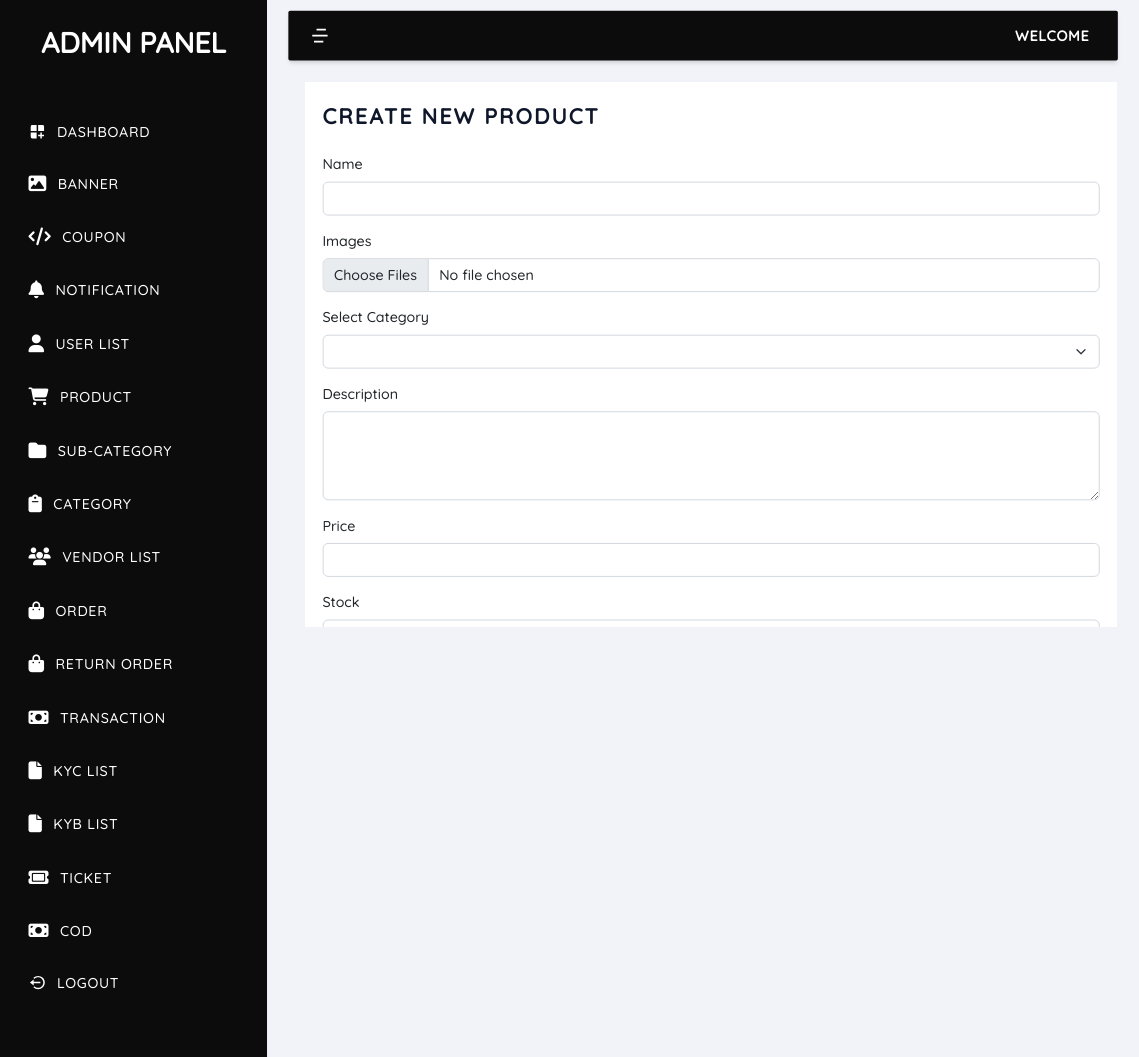
Repository: FlyweisReact/Sudarshan
Page: /create-product
The author's editor kept a copy of each file at every save. The page is drawn from the files as they stood at one save, then again after a run of saves.
The browser window is 1280 px wide. The pictures show the whole page, at 89% of full size.
The page's requests for data from a server got no answer. An inner scrolling area shows only its first screen. Some web libraries are served in a nearby version. The project was rebuilt for these pictures with package versions that can differ from the ones it lists, and the page was loaded fresh each time. No one was signed in, and anything a server would have sent is missing. Also part of the build but not shown: src/Admin/forms/AdminLogin.jsx, src/Admin/pages/Dashboard/AdminDashboard.js, src/Admin/pages/Banner/AdminBanner.js, src/Admin/pages/subcategory/AdminSubCategory.js, src/Admin/pages/category/AdminCategory.js, src/Admin/pages/Product/AdminProduct.js, src/Admin/pages/Product/AdminSingleProduct.js, src/Admin/pages/Order/AdminOrder.js and 12 more.

Above is the page before, as saved 2023-09-06 16:04:49.

### public/index.html
<!-- @format -->

<!DOCTYPE html>
<html lang="en">
  <head>
    <meta charset="utf-8" />
    <meta name="viewport" content="width=device-width, initial-scale=1" />
    <meta name="theme-color" content="#000000" />
    <meta
      name="description"
      content="Web site created using create-react-app"
    />
    <link rel="icon" href="%PUBLIC_URL%/favicon.png" />
    <link rel="manifest" href="%PUBLIC_URL%/manifest.json" />
    <link rel="preconnect" href="https://fonts.googleapis.com" />
    <link rel="preconnect" href="https://fonts.gstatic.com" crossorigin />
    <link
      href="https://fonts.googleapis.com/css2?family=Quicksand:wght@500&display=swap"
      rel="stylesheet"
    />
    <title>Sudarshan</title>
  </head>
  <body>
    <noscript>You need to enable JavaScript to run this app.</noscript>
    <div id="root"></div>
    <script src="https://code.jquery.com/jquery-3.6.0.min.js"></script>
    <script
      src="https://kit.fontawesome.com/b533b351e4.js"
      crossorigin="anonymous"
    ></script>
  </body>
</html>

### src/Admin/pages/Product/AdminCreateProduct.js
/** @format */

import React, { useEffect, useState } from "react";
import HOC from "../../layout/HOC";
import { Link } from "react-router-dom";
import { Form, Button, FloatingLabel, Spinner } from "react-bootstrap";
import { toast } from "react-toastify";
import axios from "axios";
import { Baseurl } from "../../../Baseurl";

const AdminCreateProduct = () => {
  const [loading, setLoading] = useState(false);
  const [name, setName] = useState("");
  const [description, setDescription] = useState("");
  const [features, setFeatures] = useState([]);
  const [color, setColor] = useState([]);
  const [price, setPrice] = useState(0);
  const [category, setCategory] = useState("");
  const [subCategory, setSubCategory] = useState("64a3d408a42339de96cebf19");
  const [stock, setStock] = useState("");
  const [image, setImage] = useState([]);
  const [featuresName, setFeaturesName] = useState("");
  const [colorName, setColorName] = useState("");
  const [categoryArr, setCategoryArr] = useState([]);
  const [subCatArr, setSubCatArr] = useState([]);

  const token = localStorage.getItem("token");
  const Auth = {
    headers: {
      Authorization: `Bearer ${token}`,
    },
  };

  const featureSelector = () => {
    setFeatures((prev) => [...prev, featuresName]);
    setFeaturesName("");
  };

  const clearFeatures = (index) => {
    setFeatures((prev) => prev.filter((_, i) => i !== index));
  };

  const colorSelector = () => {
    setColor((prev) => [...prev, colorName]);
    setColorName("");
  };

  const clearColor = (index) => {
    setColor((prev) => prev.filter((_, i) => i !== index));
  };

  const fd = new FormData();
  Array.from(image).forEach((img) => {
    fd.append("image", img);
  });
  fd.append("name", name);
  fd.append("description", description);
  Array.from(features).forEach((i) => {
    fd.append("features", i);
  });
  Array.from(color).forEach((i) => {
    fd.append("color", i);
  });
  fd.append("price", price);
  fd.append("category", category);
  fd.append("subCategory", subCategory);
  fd.append("stock", stock);

  const createProduct = async (e) => {
    setLoading(true);
    e.preventDefault();
    try {
      const res = await axios.post(
        `${Baseurl}api/v1/admin/product/new`,
        fd,
        Auth
      );
      toast.success(res.data.message);
      setLoading(false);
      setName("");
      setDescription("");
      setFeatures([]);
      setColor([]);
      setPrice("");
      setCategory("");
      setSubCategory("");
      setStock("");
      setImage([]);
      setFeaturesName("");
    } catch (e) {
      setLoading(false);
      const msg = e.response.data.message;
      toast.error(msg);
    }
  };

  const fetchCategory = async () => {
    try {
      const response = await axios.get(
        `${Baseurl}api/v1/catogory/getAllCategory`
      );
      const data = response.data.categories;
      setCategoryArr(data);
    } catch {}
  };

  const fetchSubcategory = async (id) => {
    try {
      const res = await axios.get(`${Baseurl}api/v1/catogory/${id}`);
      setSubCatArr(res.data.subcategories);
    } catch {}
  };

  useEffect(() => {
    fetchCategory();
  }, []);

  return (
    <section>
      <section className="sectionCont">
        <div className="pb-4   w-full flex justify-between items-center">
          <span
            className="tracking-widest text-slate-900 font-semibold uppercase"
            style={{ fontSize: "1.5rem" }}
          >
            Create New Product
          </span>
        </div>

        <Form onSubmit={createProduct}>
          <Form.Group className="mb-3">
            <Form.Label>Name</Form.Label>
            <Form.Control
              type="text"
              required
              onChange={(e) => setName(e.target.value)}
            />
          </Form.Group>
          <Form.Group className="mb-3">
            <Form.Label>Images</Form.Label>
            <Form.Control
              type="file"
              multiple
              required
              onChange={(e) => setImage(e.target.files)}
            />
          </Form.Group>

          <Form.Group className="mb-3">
            <Form.Label>Select Category</Form.Label>
            <Form.Select
              required
              onChange={(e) => {
                setCategory(e.target.value);
                fetchSubcategory(e.target.value)
              }}
            >
              <option></option>
              {categoryArr?.map((item) => (
                <option value={item._id} key={item._id}>
                  {item.name}
                </option>
              ))}
            </Form.Select>
          </Form.Group>

          <Form.Group className="mb-3">
            <Form.Label>Description</Form.Label>
            <FloatingLabel>
              <Form.Control
                as="textarea"
                style={{ height: "100px" }}
                required
                onChange={(e) => setDescription(e.target.value)}
              />
            </FloatingLabel>
          </Form.Group>

          <Form.Group className="mb-3">
            <Form.Label>Price</Form.Label>
            <Form.Control
              type="number"
              min={0}
              required
              onChange={(e) => setPrice(e.target.value)}
            />
          </Form.Group>

          <Form.Group className="mb-3">
            <Form.Label>Stock</Form.Label>
            <Form.Control
              type="number"
              min={0}
              required
              onChange={(e) => setStock(e.target.value)}
            />
          </Form.Group>

          <Form.Label>Color</Form.Label>
          <div className="multiple-array">
            <Form.Control
              type="text"
              value={colorName}
              onChange={(e) => setColorName(e.target.value)}
            />
            <i className="fa-solid fa-plus" onClick={() => colorSelector()} />
          </div>

          {color?.length > 0 ? (
            <div className="product-descr">
              <ul>
                {color?.map((i, index) => (
                  <li key={index}>
                    {" "}
                    {i}{" "}
                    <i
                      className="fa-solid fa-minus"
                      onClick={() => clearColor(index)}
                    />{" "}
                  </li>
                ))}
              </ul>
            </div>
          ) : (
            ""
          )}

          <Form.Label>Features</Form.Label>
          <div className="multiple-array">
            <Form.Control
              type="text"
              value={featuresName}
              onChange={(e) => setFeaturesName(e.target.value)}
            />
            <i className="fa-solid fa-plus" onClick={() => featureSelector()} />
          </div>

          {features?.length > 0 ? (
            <div className="product-descr">
              <ul>
                {features?.map((i, index) => (
                  <li key={index}>
                    {" "}
                    {i}{" "}
                    <i
                      className="fa-solid fa-minus"
                      onClick={() => clearFeatures(index)}
                    />{" "}
                  </li>
                ))}
              </ul>
            </div>
          ) : (
            ""
          )}

          <div className="w-100 d-flex justify-content-between">
            <Button variant="success" type="submit">
              {loading ? <Spinner animation="border" /> : "Submit"}
            </Button>

            <Link to="/admin/product">
              <Button variant="dark">Back</Button>
            </Link>
          </div>
        </Form>
      </section>
    </section>
  );
};

export default HOC(AdminCreateProduct);

### src/Admin/layout/HOC.jsx
/** @format */

import React, { useState } from "react";
import Navbar from "./Navbar";
import Sidebar from "./Sidebar";

const HOC = (Wcomponenet) => {
  return function Component() {
    const [hamb, setHamb] = useState(false);
    return (
      <>
        <section
          className="flex overflow-x-hidden relative "
          style={{ backgroundColor: "#f2f3f8" }}
        >
          {/* Sidebar */}
          <div
            className={
              hamb
                ? " absolute top-0 z-30 md:w-auto shadow-md bg-slate-200  w-60 transition-all md:-left-full left duration-150  h-auto overflow-y-auto  left-0 "
                : " md:w-72 z-30 bg-slate-200  shadow-md  md:static absolute top-0 -left-full   transition-all duration-150  overflow-y-auto h-auto"
            }
            style={{ minWidth: "300px" }}
          >
            <Sidebar hamb={hamb} setHamb={setHamb} />
          </div>
          {/* Components & Navbar */}
          <div
            className={
              hamb
                ? " transition-all px-4 py-2  duration-150 w-full h-screen"
                : " w-full h-screen  px-4 py-2   z-50 transition-all duration-150 "
            }
            style={{ backgroundColor: "#f2f3f8" }}
          >
            <Navbar hamb={hamb} setHamb={setHamb} />
            <div className="my-6 text-#000 h-[87%] wcomp overflow-y-auto">
              {" "}
              <Wcomponenet />
            </div>
          </div>
        </section>
      </>
    );
  };
};

export default HOC;

### src/Admin/layout/Navbar.jsx
/** @format */

import { RiMenu4Line } from "react-icons/ri";

const Navbar = ({ hamb, setHamb }) => {
  const Name = localStorage.getItem("name");

  return (
    <>
      <div
        className={
          hamb
            ? "flex  w-full justify-between  my-1 rounded-sm  p-4 py-3 shadow-md items-center  bg-slate-200 space-x-4"
            : "flex  w-full justify-between my-1 rounded-sm  p-4 py-3 shadow-md items-center  bg-slate-200 space-x-4"
        }
        style={{ backgroundColor: "#0c0c0c" }}
      >
        <RiMenu4Line
          onClick={() => setHamb(!hamb)}
          className="text-2xl font-bold text-gray-900 hover:scale-90 cursor-pointer"
          style={{ color: "#fff" }}
        />

        <section className="flex sm:ml-auto justify-end sm:w-full items-center space-x-2  pr-2">
          <figcaption className="tracking-wider pl-1 font-semibold">
            <div
              className="lg:text-base text-sm text-gray-900  uppercase"
              style={{ color: "#fff" }}
            >
              Welcome {Name}
            </div>
          </figcaption>
        </section>
      </div>
    </>
  );
};

export default Navbar;

### src/Admin/layout/Sidebar.jsx
/** @format */

import React from "react";
import { RiCloseLine } from "react-icons/ri";
import { Link, useLocation, useNavigate } from "react-router-dom";
import { BiLogOutCircle } from "react-icons/bi";
import { MdDashboardCustomize } from "react-icons/md";
import { toast } from "react-toastify";

const Sidebar = ({ hamb, setHamb }) => {
  const navigate = useNavigate();

  const nav = [
    {
      icon: <MdDashboardCustomize className="text-xl mr-3 rounded-full " />,
      link: "/admin/dashboard ",
      name: "Dashboard",
    },
    {
      icon: <i className="fa-solid fa-image text-xl mr-3 rounded-full " />,
      link: "/admin/banner ",
      name: "Banner",
    },
    {
      icon: <i className="fa-solid fa-code text-xl mr-3 rounded-full " />,
      link: "/coupon",
      name: "Coupon",
    },

    {
      icon: <i className=" fa-solid fa-bell text-xl mr-3 rounded-full " />,
      link: "/notification",
      name: "Notification",
    },
    {
      icon: <i className="fa-solid fa-user text-xl mr-3 rounded-full " />,
      link: "/user-list",
      name: "User List",
    },


    {
      icon: (
        <i className="fa-solid fa-cart-shopping text-xl mr-3 rounded-full " />
      ),
      link: "/admin/product ",
      name: "Product",
    },


    {
      icon: <i className="fa-solid fa-folder text-xl mr-3 rounded-full " />,
      link: "/admin/sub-category ",
      name: "Sub-Category",
    },
    {
      icon: <i className="fa-solid fa-clipboard text-xl mr-3 rounded-full " />,
      link: "/admin/category ",
      name: "Category",
    },
    {
      icon: <i className="fa-solid fa-users  text-xl mr-3 rounded-full " />,
      link: "/vendor-list",
      name: "Vendor List",
    },



    {
      icon: (
        <i className="fa-solid fa-bag-shopping text-xl mr-3 rounded-full " />
      ),
      link: "/admin/order",
      name: "Order",
    },
    {
      icon: (
        <i className="fa-solid fa-bag-shopping text-xl mr-3 rounded-full " />
      ),
      link: "/return-order",
      name: "Return Order",
    },
    {
      icon: <i className="fa-solid fa-money-bill text-xl mr-3 rounded-full " />,
      link: "/admin/transaction",
      name: "Transaction",
    },
    {
      icon: <i className="fa-solid fa-file text-xl mr-3 rounded-full " />,
      link: "/admin/kyc-list",
      name: "Kyc List",
    },
    {
      icon: <i className="fa-solid fa-file text-xl mr-3 rounded-full " />,
      link: "/admin/kyb",
      name: "Kyb List",
    },


    {
      icon: <i className=" fa-solid fa-ticket text-xl mr-3 rounded-full " />,
      link: "/admin/ticket",
      name: "Ticket",
    },
    {
      icon: <i className=" fa-solid fa-money-bill text-xl mr-3 rounded-full " />,
      link: "/admin/COD",
      name: "COD",
    },
  ];

  const logOut = () => {
    localStorage.clear();
    navigate("/admin-login");
    toast.success("Logged Out");
  };



  return (
    <>
      <aside
        className="p-4 h-auto"
        style={{ backgroundColor: "#0c0c0c", minHeight: "100vh" }}
      >
        {/* Top */}
        <div className="w-full md:hidden relative  p-2 mb-4">
          <RiCloseLine
            onClick={() => setHamb(!hamb)}
            className="text-3xl  absolute top-2 sm:hover:rotate-[228deg] transition-transform font-bold right-2 sm:hover:text-[22px] text-[rgb(241,146,46)] cursor-pointer"
          />
        </div>{" "}
        <figure className="flex  flex-col items-center">
          <span
            className="font-bold text-[#fff]"
            style={{
              fontSize: "2rem",
              textAlign: "center",
              textTransform: "uppercase",
            }}
          >
            {" "}
            ADMIN PANEL
          </span>
        </figure>
        <nav className="py-6">
          {nav.map((nav) => {
            return (
              <Link
                to={nav.link}
                key={nav.name}
                style={{ textDecoration: "none", textTransform: "uppercase" }}
              >
                <span
                  className="flex my-3 items-center cursor-pointer text-gray-900    tracking-wider p-2 rounded-sm"
                  style={{ color: "#FFF" }}
                >
                  {nav.icon} {nav.name}
                </span>
              </Link>
            );
          })}
          <span
            className="flex my-3 items-center cursor-pointer text-gray-900    tracking-wider p-2 rounded-sm"
            onClick={() => logOut()}
            style={{ color: "#FFF", textTransform: "uppercase" }}
          >
            <BiLogOutCircle className="text-xl mr-3 rounded-full " /> LogOut
          </span>
        </nav>
      </aside>
    </>
  );
};

export default Sidebar;

Loaded but not shown: tailwind.config.js (common file); src/App.js (72 lines, source omitted); src/index.js (18 lines, source omitted); src/Baseurl.js (3 lines, source omitted); src/index.css (807 lines, source omitted)

After the next 4 saves:
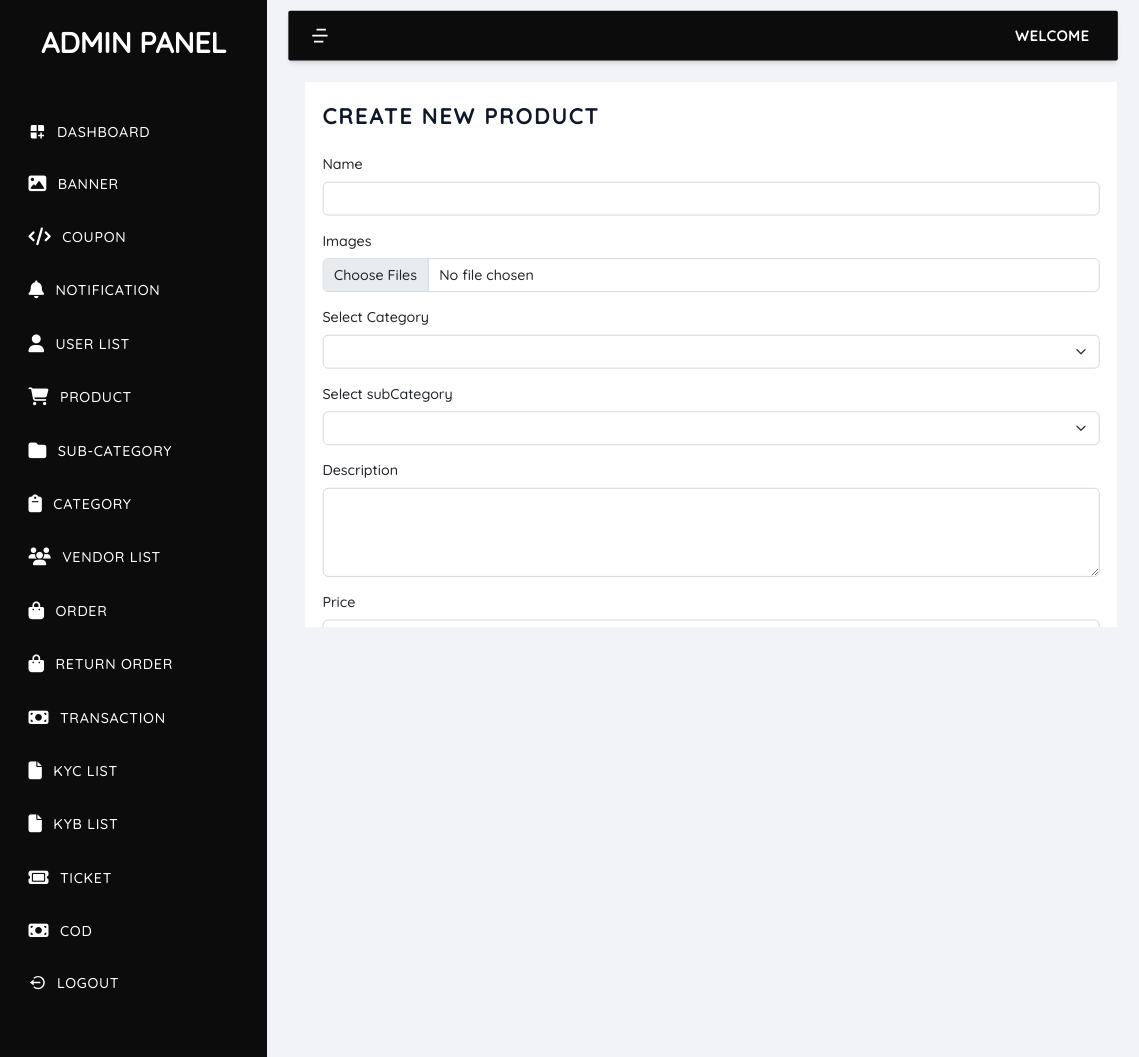
The 4 saves are shown as one change because they came seconds apart.
The last was saved 27 s later.
--- a/src/Admin/pages/Product/AdminCreateProduct.js
+++ b/src/Admin/pages/Product/AdminCreateProduct.js
@@ -165,6 +165,24 @@ const AdminCreateProduct = () => {
           </Form.Group>
 
           <Form.Group className="mb-3">
+            <Form.Label>Select subCategory</Form.Label>
+            <Form.Select
+              required
+              onChange={(e) => {
+                setCategory(e.target.value);
+                fetchSubcategory(e.target.value)
+              }}
+            >
+              <option></option>
+              {categoryArr?.map((item) => (
+                <option value={item._id} key={item._id}>
+                  {item.name}
+                </option>
+              ))}
+            </Form.Select>
+          </Form.Group>
+
+          <Form.Group className="mb-3">
             <Form.Label>Description</Form.Label>
             <FloatingLabel>
               <Form.Control
